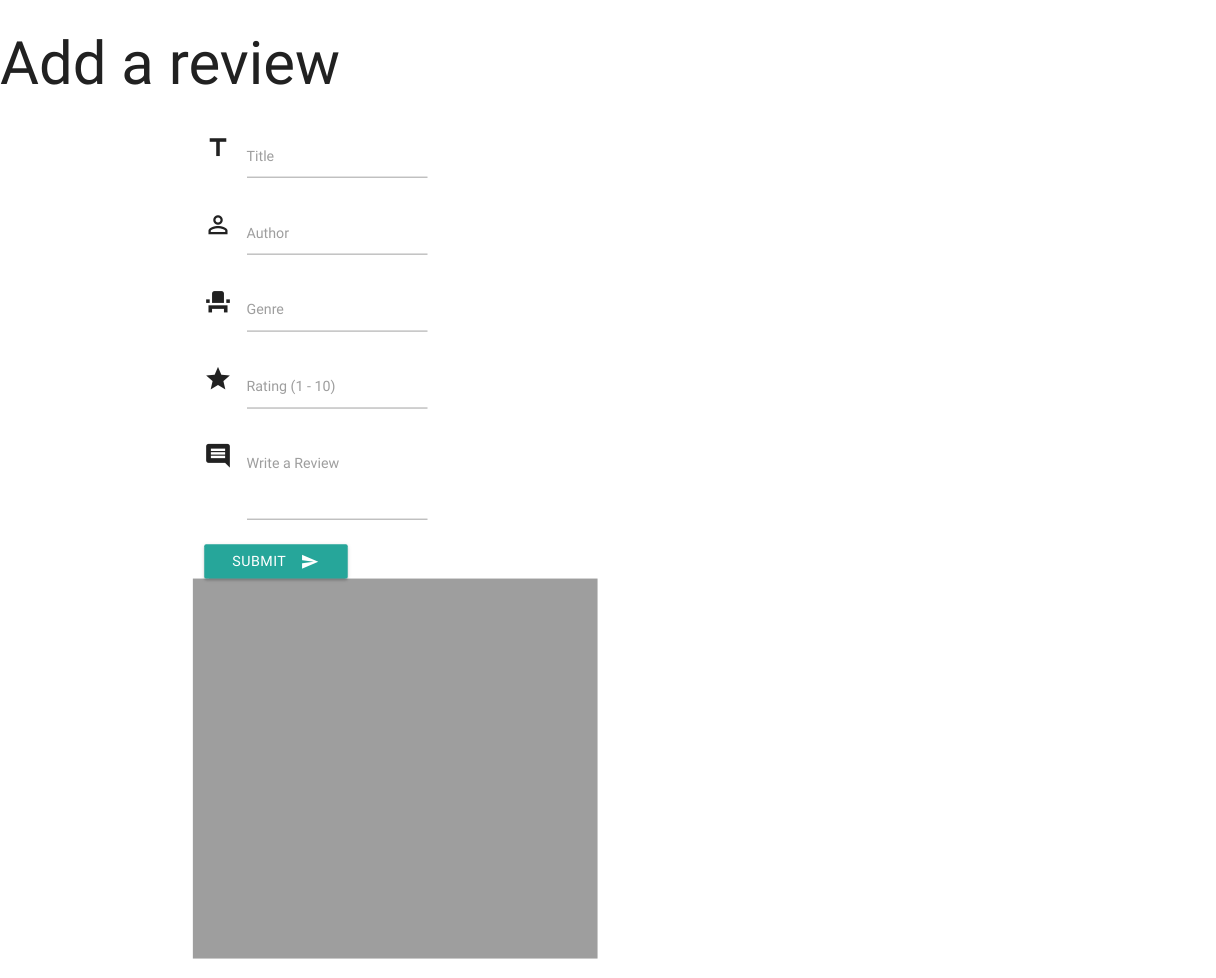
Repository: johnny-don/a-novel-idea
Page: http://localhost/add_review
The author's editor kept a record of every edit. The page is drawn from the files as they stood at one moment, then again after the next edit.
The browser window is 1280 px wide. The pictures show the whole page, at 95% of full size.
Some web libraries are served in a nearby version. The page is served by the project's application, run on Flask 3 (app.py).

Above is the page before.

After the next edit:
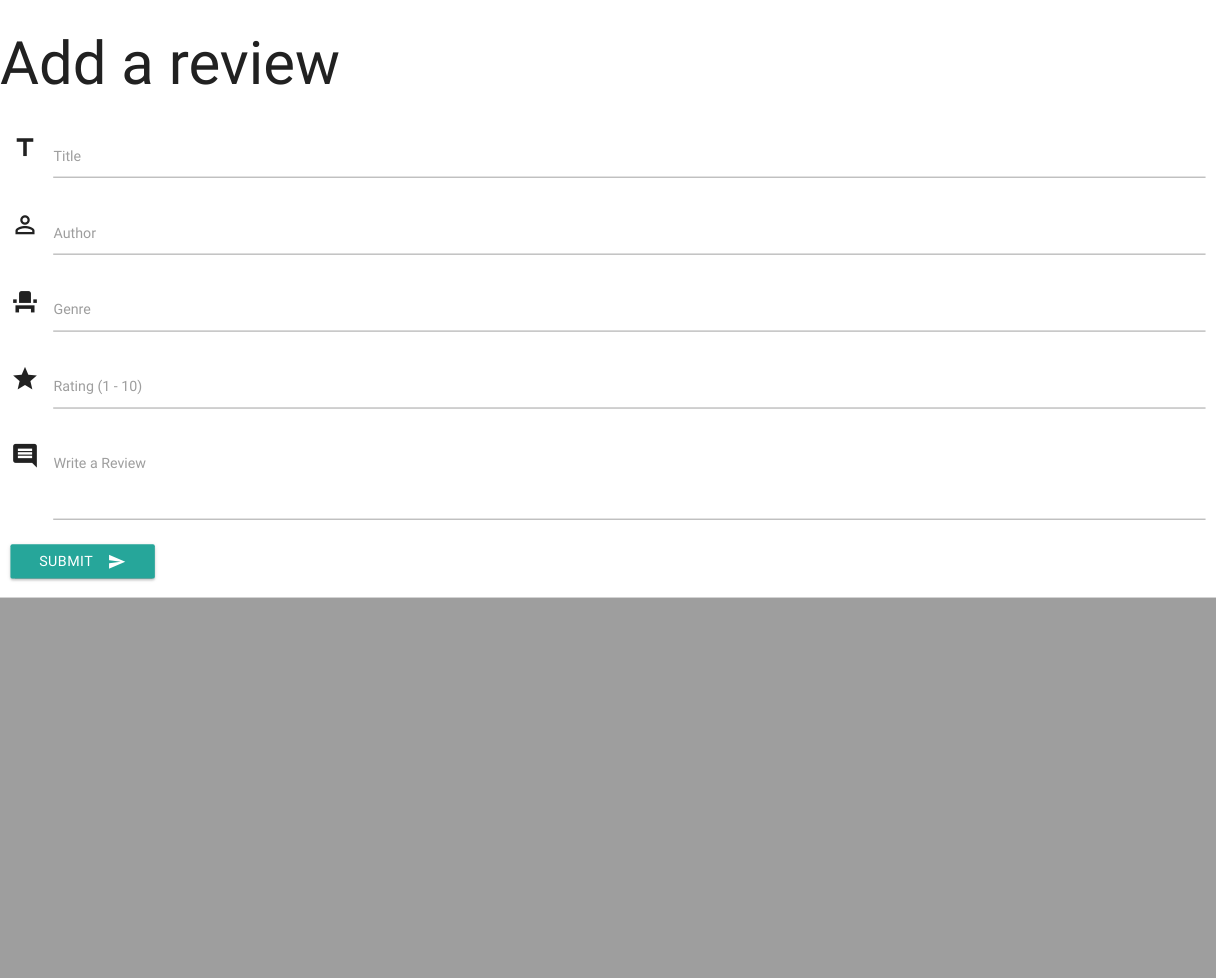
The edit:
--- a/templates/addreview.html
+++ b/templates/addreview.html
@@ -3,9 +3,8 @@
 <h1>Add a review</h1>
 
 <div class="row">
-    <div class="container">
     <form action="{{url_for('submit_review') }}" method="POST" class="col s12">
-     <div class="col 4">
+
         <div class="input-field">
           <i class="material-icons prefix">title</i>
           <input id="title" name="title" type="text" class="materialize-textarea">
